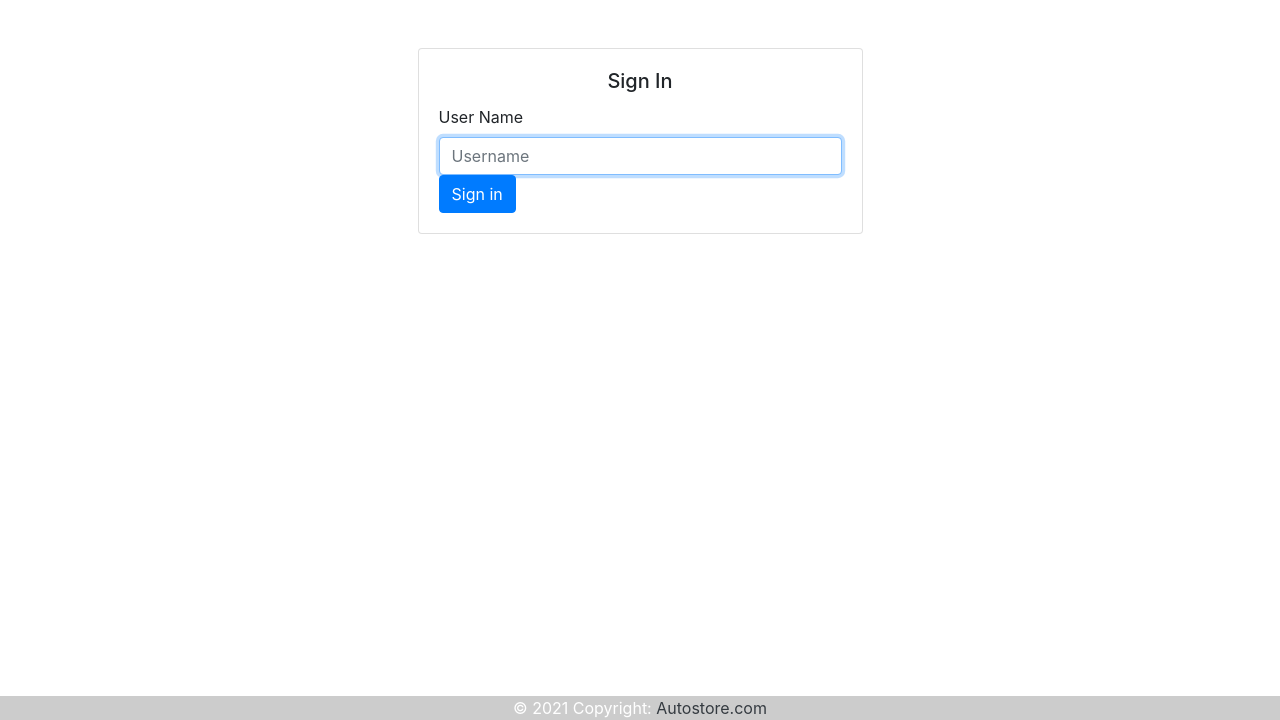
Repository: pravinsakthivel/ecommerce
Page: /
An editor plug-in stored every save of this project. The page is shown before and after the next save, followed by the edit.
The browser window is 1280 px wide. The pictures show the whole page.
The project was rebuilt for these pictures with package versions that can differ from the ones it lists, and the page was loaded fresh each time. Also part of the build but not shown: src/components/ProductItem.vue, src/components/UI/ShoppingCartIcon.vue, src/components/UI/NavigationBar.vue, src/components/UI/SearchBar.vue, src/components/ProductDescriptionModal.vue, src/components/ProductList.vue, src/components/PayPalComponent.vue, src/components/PaymentDetails.vue and 5 more.

Above is the page before, as saved 2021-04-10 20:40:29.

### public/index.html
<!DOCTYPE html>
<html lang="">
  <head>
    <meta charset="utf-8">
    <meta http-equiv="X-UA-Compatible" content="IE=edge">
    <meta name="viewport" content="width=device-width,initial-scale=1.0">
    <link rel="icon" href="<%= BASE_URL %>favicon.ico">
    <link href="https://fonts.googleapis.com/css?family=Nunito+Sans:400,400i,700,900&display=swap" rel="stylesheet">
    <title><%= htmlWebpackPlugin.options.title %></title>
  </head>
  <body>
    <noscript>
      <strong>We're sorry but <%= htmlWebpackPlugin.options.title %> doesn't work properly without JavaScript enabled. Please enable it to continue.</strong>
    </noscript>
    <div id="app"></div>
    <!-- built files will be auto injected -->
  </body>
</html>

### src/main.js
import { createApp } from 'vue';
import App from './App.vue';
import router from './router.js';
import store from './store.js';
import 'bootstrap';
import 'font-awesome/css/font-awesome.min.css';
import 'bootstrap/dist/css/bootstrap.min.css';
import BaseButton from "./components/UI/BaseButton.vue";
import BaseBadge from './components/UI/BaseBadge.vue';
import TheJumbotrom from './components/UI/TheJumbotron.vue';
import BaseModal from './components/UI/BaseModal.vue';



const app = createApp(App);
app.use(router);
app.use(store);
app.component('base-button',BaseButton);
app.component('base-badge',BaseBadge);
app.component('the-jumbotron',TheJumbotrom);
app.component('base-modal',BaseModal);
app.mount('#app');

### src/App.vue
<template>
 <router-view></router-view>
 <div class="footer" style="background-color: rgba(0, 0, 0, 0.2);">
    © 2021 Copyright:
    <a class="text-dark" href="#">Autostore.com</a>
  </div>
</template>

<script>

export default {
  name: 'App',
}
</script>

<style scoped>
.footer {
 position: fixed;
   left: 0;
   bottom: 0;
   width: 100%;
   background-color: red;
   color: white;
   text-align: center;

}
</style>

### src/router.js
import { createRouter, createWebHistory } from "vue-router";
import ProductList from "./components/ProductList.vue";
import CartList from "./components/CartList.vue";
import OrderSuccessPage from "./components/UI/OrderSuccess.vue";
import LoginPage from "./components/UI/LoginPage.vue";

const router = createRouter({
  history: createWebHistory(),
  routes: [
    {
      path: "/",
      redirect: "/login",
    },
    {
      path: "/cartIems",
      component: CartList,
    },
    {
      path: "/products",
      component: ProductList,
    },
    {
      path: "/orderSuccessPage",
      component: OrderSuccessPage,
    },
    {
      path: "/login",
      component: LoginPage,
    },
  ],
});

export default router;

### src/store.js
import {createStore} from 'vuex';
import productModule from './store/products/index.js'

const store = createStore({
   modules:{
        products:productModule
   }
});

export default store;

### src/components/UI/BaseButton.vue
<template>
    <button
        class="btn btn-primary"
        type="submit"
        @click.prevent="clickAction"
      >
        <slot></slot>
      </button>
</template>
<script>
export default {
    emits:['click-action'],
    methods:{
        clickAction(){
            this.$emit('click-action');
        }
    }
}
</script>

### src/components/UI/LoginPage.vue
<template>
  <div class="container">
    <div class="row">
      <div class="col-sm-9 col-md-7 col-lg-5 mx-auto">
        <div class="card card-signin my-5">
          <div class="card-body">
            <h5 class="card-title text-center">Sign In</h5>
            <form class="form-signin">
              <div class="form-label-group">
                <label for="userName">User Name</label>
                <input
                  type="text"
                  id="userName"
                  class="form-control"
                  :class="{ 'is-invalid': errorClass }"
                  placeholder="Username"
                  required
                  autofocus
                  v-model="userName"
                />
              </div>
              <base-button
                customClass="btn mt-3  btn-primary btn-block text-uppercase"
                @click-action="login"
                >Sign in</base-button
              >
            </form>
          </div>
        </div>
      </div>
    </div>
  </div>
</template>
<script>
export default {
  data() {
    return {
      userName: "",
      errorClass: false,
    };
  },
  methods: {
    login() {
      if (this.userName != "") {
        this.errorClass = false;
        this.$store.dispatch("products/setUser", this.userName);
        this.$router.push("/products");
      } else {
        this.errorClass = true;
      }
    },
  },
};
</script>

### src/store/products/index.js
import actions from './actions.js';
import getters from './getters.js';
import mutations from './mutations.js';

export default{
    namespaced:true,
    state(){
        return{
            products: [],
            cartItems: [],
            productsIdsInCart:[],
            searchedItems:[],
            lastUpdated:null,
            loggedInUser :''
        }
    },
    actions,
    getters,
    mutations
}

### src/store/products/actions.js
export default {
  async loadProducts(context,forceRefresh) {
    console.log(context.getters.shouldRefresh , forceRefresh);
    if(!context.getters.shouldRefresh && !forceRefresh){
      console.log("sending cache data");
      return;
    }
    console.log("sending fetched data");
    let url = `https://products-data-b01f9-default-rtdb.firebaseio.com/products/-MXaxOFKGRgCKs_OkzrR.json`;
    let response = await fetch(url);
    let responseData = await response.json();
    context.commit("setProducts", responseData);
    context.commit("setTimeStamp");
  },
  setProducts(context, payload) {
    context.commit("setProducts", payload);
  },
  addProductItemToCart(context, product) {
    let cartItems = [...context.getters.getCartItems, product];
    context.dispatch("addProductIdInCart", product.productId);
    context.commit("setCartItems", cartItems);
  },
  addProductIdInCart(context, data) {
    let productIdsInCart = [...context.getters.getproductIdsIncart, data];
    context.commit("setProductIdsInCart", productIdsInCart);
  },
  setCartItems(context, data) {
    context.commit("setCartItems", data);
  },
  removeCartItem(context, productId) {
    let cartItems = context.getters.getCartItems;
    let filteredItems = cartItems.filter((item) => {
      return item.productId != productId;
    });
    context.dispatch("removeProductIdInCart", productId);
    context.commit("setCartItems", filteredItems);
  },
  removeProductIdInCart(context, productId) {
    let productIdsInCart = context.getters.getproductIdsIncart;
    const index = productIdsInCart.indexOf(productId);
    if (index > -1) {
      productIdsInCart.splice(index, 1);
    }
    context.commit("setProductIdsInCart", productIdsInCart);
  },
  setSearchedItems(context, payload) {
    context.commit("setSearchedItems", payload);
  },
  setUser(context,userName){
    context.commit("setUser",userName);
  },
  resetProductIdsInCart(context){
    context.commit("setProductIdsInCart",[])
  }
};

### src/store/products/getters.js
export default {
  getProducts(state) {
    return state.products;
  },
  getCartItems(state) {
    return state.cartItems;
  },
  getproductIdsIncart(state) {
    return state.productsIdsInCart;
  },
  shouldRefresh(state) {
    let lastUpdate = state.lastUpdated;
    if (!lastUpdate) {
      return true;
    }
    const currentTimeStamp = new Date().getTime();
    return (currentTimeStamp - lastUpdate) / 1000 > 60;
  },
  getSearchItems(state){
      return state.searchedItems;
  },
  getLoggedInUser(state){
    return state.loggedInUser;
  }
};

### src/store/products/mutations.js
export default {
  setCartItems(state, payload) {
    state.cartItems = payload;
  },
  setProducts(state, payload) {
    state.products = payload;
  },
  setProductIdsInCart(state, payload) {
    state.productsIdsInCart = payload;
  },
  setTimeStamp(state) {
    state.lastUpdated = new Date().getTime();
  },
  setSearchedItems(state, payload) {
    state.searchedItems = payload;
  },
  setUser(state, userName) {
    state.loggedInUser = userName;
  },
};

After the next save:
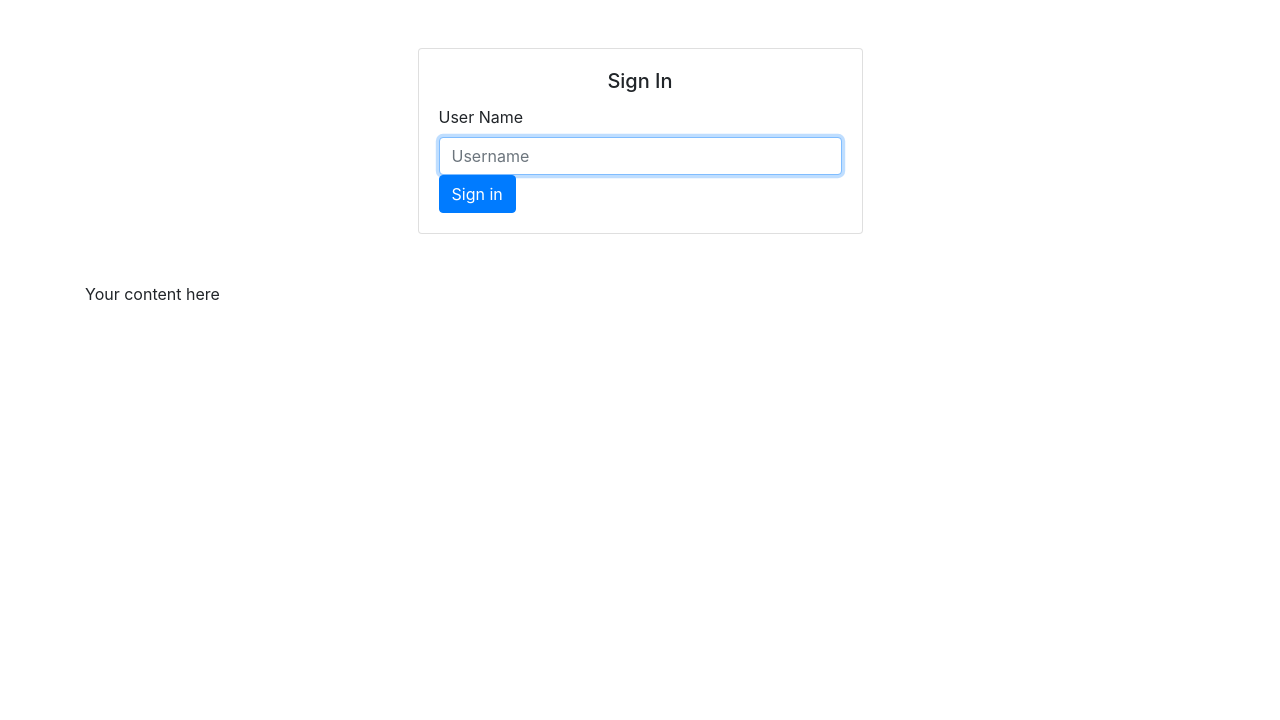
Saved 67 s later.
--- a/src/App.vue
+++ b/src/App.vue
@@ -1,9 +1,11 @@
 <template>
  <router-view></router-view>
- <div class="footer" style="background-color: rgba(0, 0, 0, 0.2);">
-    © 2021 Copyright:
-    <a class="text-dark" href="#">Autostore.com</a>
+ <div id="wrap">
+  <div id="main" class="container clear-top">
+    <p>Your content here</p>
   </div>
+</div>
+<footer class="footer"></footer>
 </template>
 
 <script>
@@ -14,14 +16,24 @@ export default {
 </script>
 
 <style scoped>
+html, body {
+  height: 100%;
+}
+
+#wrap {
+  min-height: 100%;
+}
+
+#main {
+  overflow:auto;
+  padding-bottom:150px; /* this needs to be bigger than footer height*/
+}
+
 .footer {
- position: fixed;
-   left: 0;
-   bottom: 0;
-   width: 100%;
-   background-color: red;
-   color: white;
-   text-align: center;
-
+  position: relative;
+  margin-top: -150px; /* negative value of footer height */
+  height: 150px;
+  clear:both;
+  padding-top:20px;
 }
 </style>
